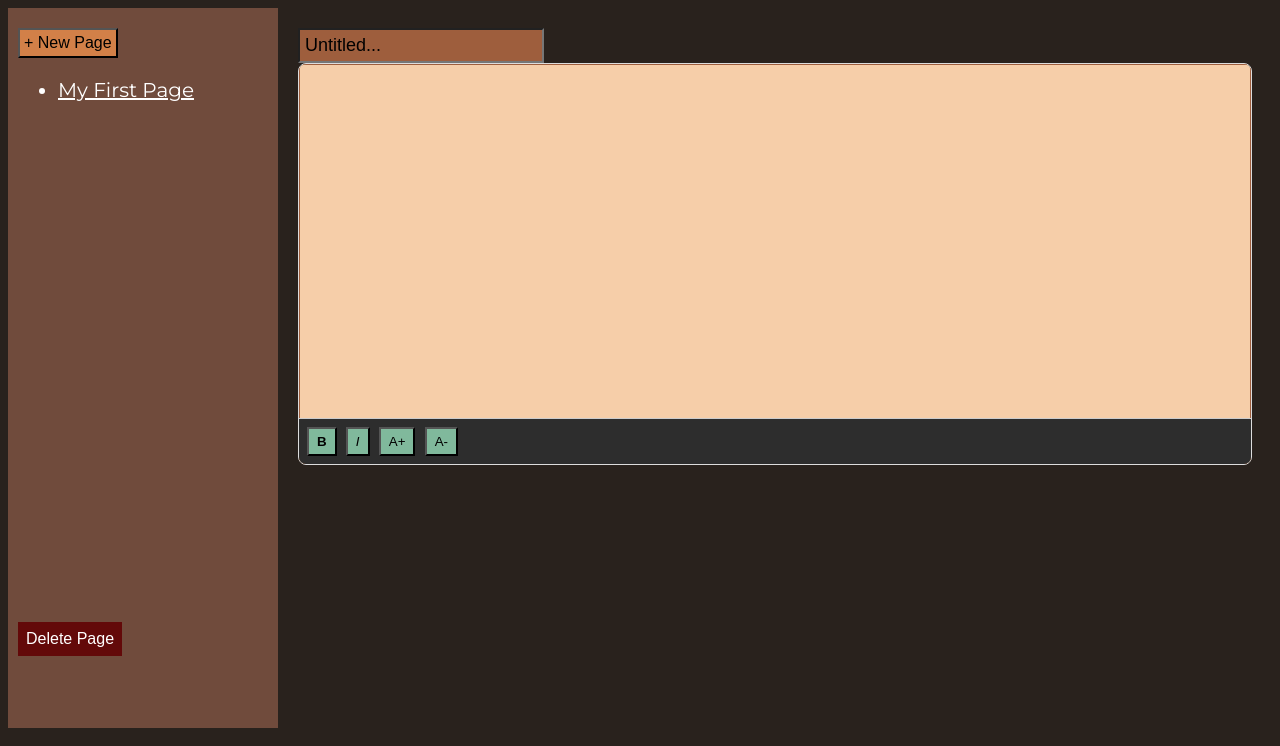
Repository: Dharshinimk-521/notes-app
Page: index.html
The author's editor kept a copy of each file at every save. The page is drawn from the files as they stood at one save, then again after the next save.
The browser window is 1280 px wide. The pictures show the whole page.

Above is the page before, as saved 2026-04-18 22:58:31.

After the next save:
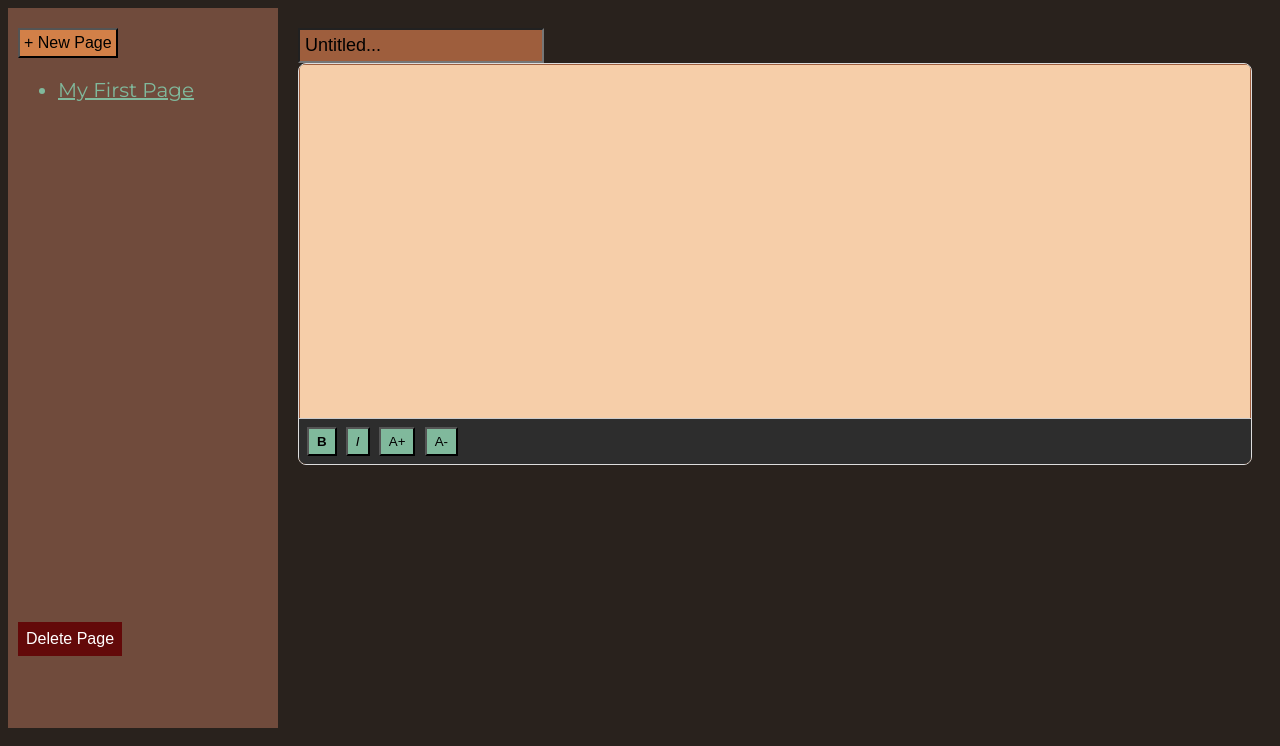
Saved 48 s later.
--- a/style.css
+++ b/style.css
@@ -56,7 +56,7 @@
 }
 #pageList{
     text-decoration: underline;
-    color:white;
+    color:#80b99c;
     cursor: pointer;
     font-size: 20px;
 }

After the save that followed:
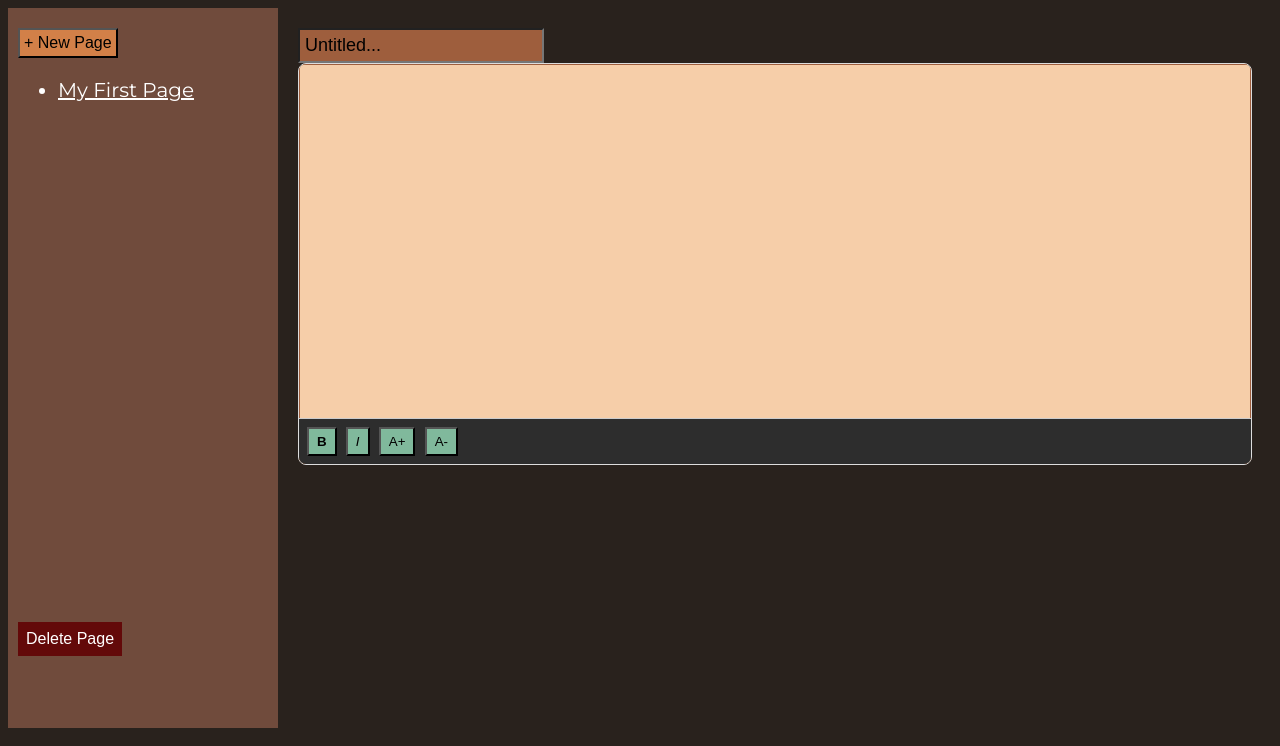
Saved 31 s later.
--- a/style.css
+++ b/style.css
@@ -56,7 +56,7 @@
 }
 #pageList{
     text-decoration: underline;
-    color:#80b99c;
+    color:white;
     cursor: pointer;
     font-size: 20px;
 }
